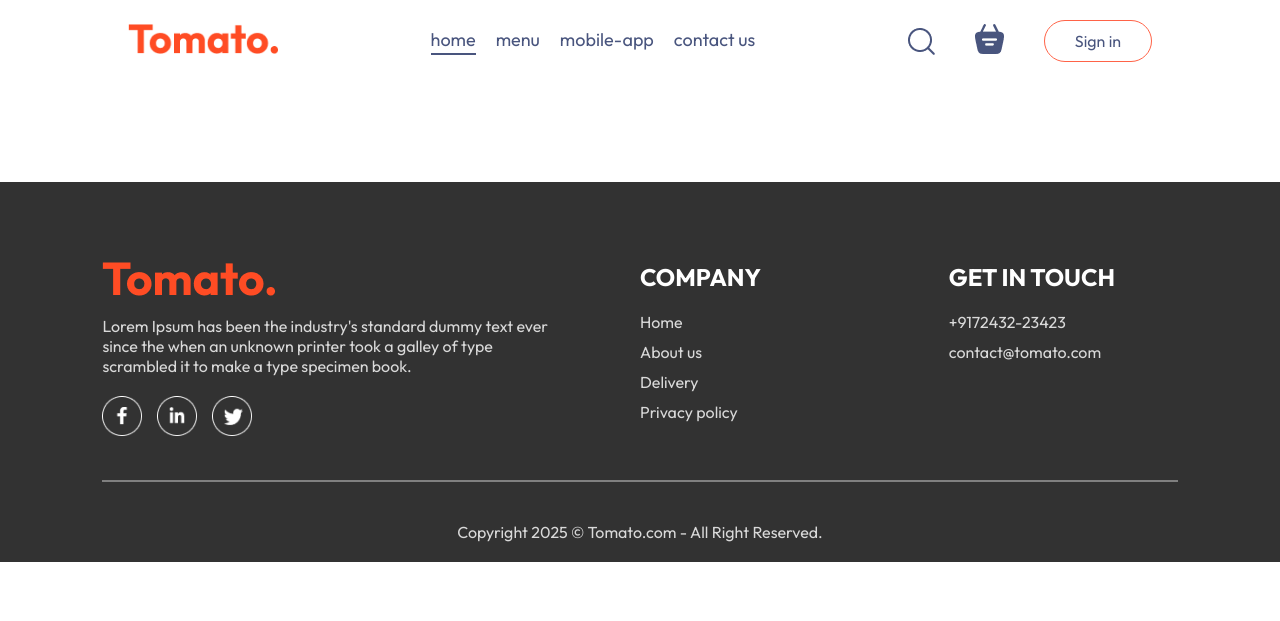
Repository: KartikChouhan03/food-delivery-app
Page: /verify (app in frontend/)
The author's editor kept a copy of each file at every save. The page is drawn from the files as they stood at one save, then again after the next save.
The browser window is 1280 px wide. The pictures show the whole page.
The page's requests for data from a server got no answer. Some web fonts or font styles are not loaded; a fallback is used. The project was rebuilt for these pictures with package versions that can differ from the ones it lists, and the page was loaded fresh each time. No one was signed in, and anything a server would have sent is missing. Also part of the build but not shown: frontend/vite.config.js, frontend/src/components/Header/Header.css, frontend/src/components/Header/Header.jsx, frontend/src/components/ExploreMenu/ExploreMenu.css, frontend/src/components/ExploreMenu/ExploreMenu.jsx, frontend/src/components/FoodDisplay/FoodDisplay.css, frontend/src/components/FoodItem/FoodItem.css, frontend/src/components/FoodItem/FoodItem.jsx and 11 more.

Above is the page before, as saved 2025-08-18 01:29:26.

After the next save:
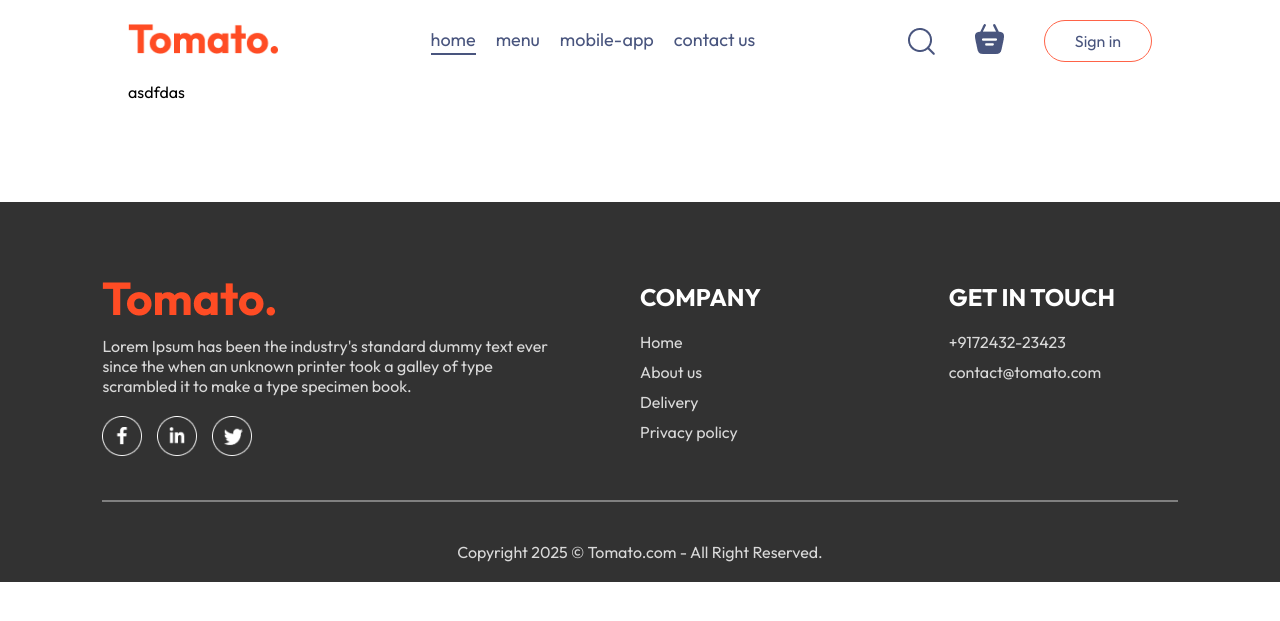
Saved 12 s later.
--- a/frontend/src/pages/Verify/Verify.jsx
+++ b/frontend/src/pages/Verify/Verify.jsx
@@ -4,7 +4,7 @@
 const Verify = () => {
   return (
     <div>
-
+      asdfdas
     </div>
   )
 }

After the save that followed:
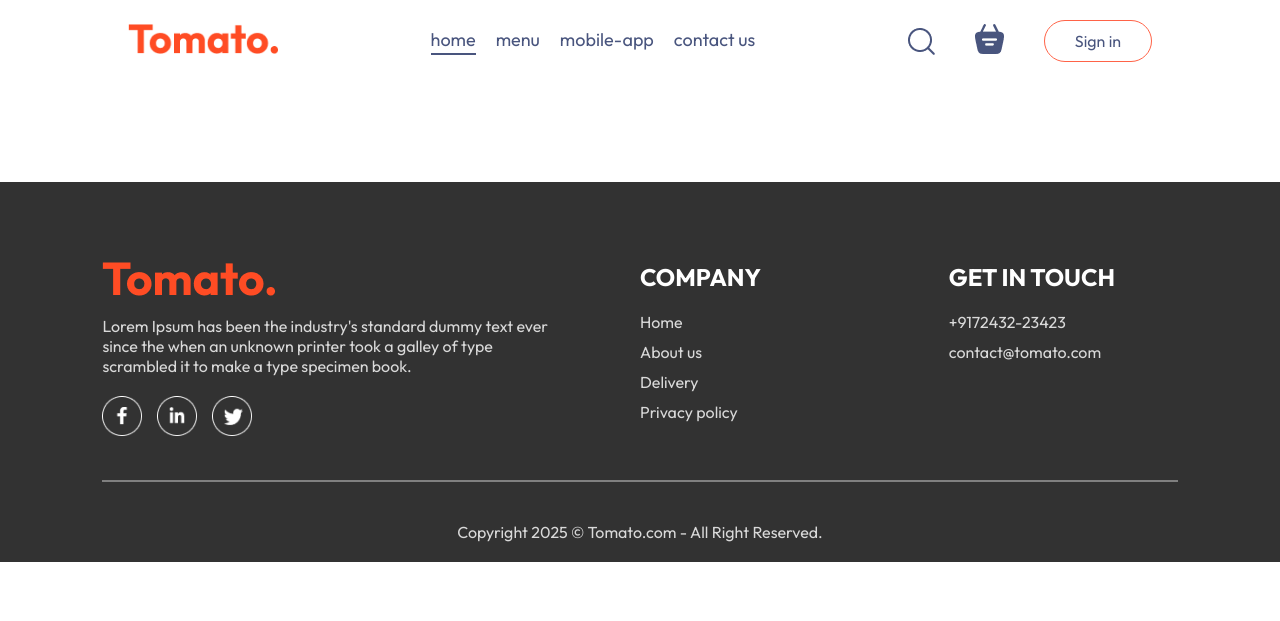
Saved 12 min 59 s later.
--- a/frontend/src/pages/Verify/Verify.jsx
+++ b/frontend/src/pages/Verify/Verify.jsx
@@ -1,10 +1,19 @@
 import React from 'react'
 import './Verify.css'
+import { useSearchParams } from 'react-router-dom'
 
 const Verify = () => {
-  return (
+
+    const [searchParams,setSearchParams] = useSearchParams();
+    const success = searchParams.get("success")
+    const orderId = searchParams.get("orderId")
+
+    console.log(success,orderId);
+
+
+    return (
     <div>
-      asdfdas
+
     </div>
   )
 }
